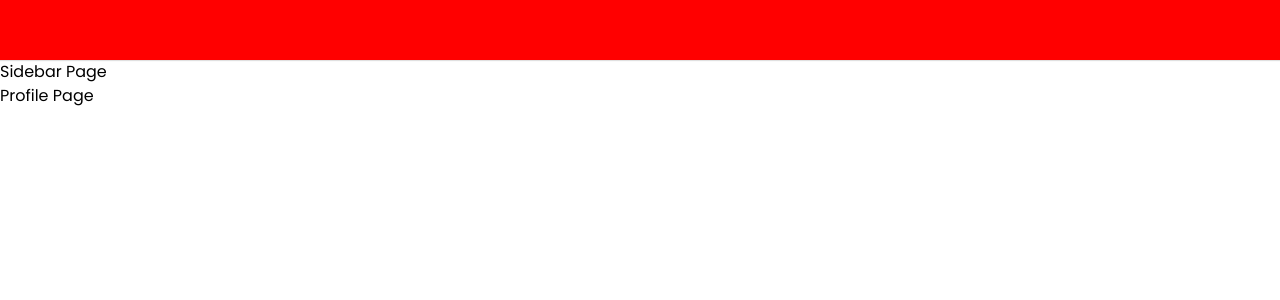
Repository: nvdao03/Tiktok
Page: /profile
The author's editor kept a copy of each file at every save. The page is drawn from the files as they stood at one save, then again after the next save.
The browser window is 1280 px wide. The pictures show the whole page.
The project was rebuilt for these pictures with package versions that can differ from the ones it lists, and the page was loaded fresh each time. Also part of the build but not shown: vite.config.js, src/components/Layout/HeaderOnly/index.jsx, src/pages/Home/index.jsx, src/pages/Following/index.jsx, src/pages/Upload/index.jsx, src/pages/Search/index.jsx.

Above is the page before, as saved 2025-01-01 13:59:49.

After the next save:
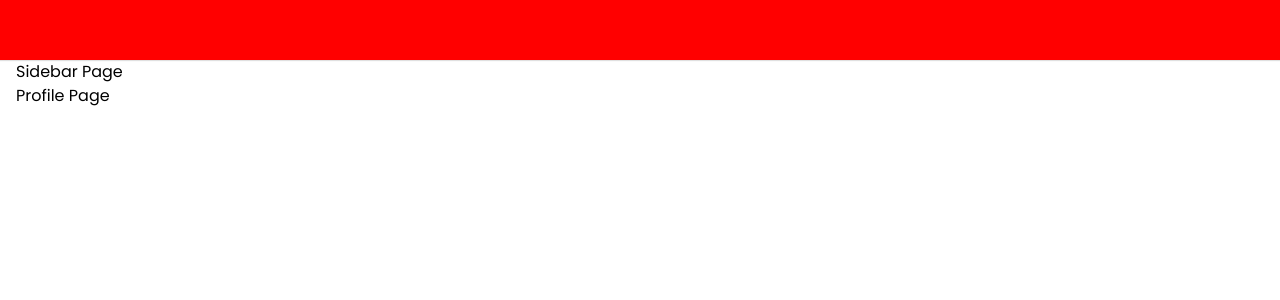
Saved 108 s later.
--- a/src/components/Layout/DefaultLayout/DefaultLayout.module.scss
+++ b/src/components/Layout/DefaultLayout/DefaultLayout.module.scss
@@ -3,3 +3,10 @@
   justify-content: center;
   flex-direction: column;
 }
+
+.container {
+  width: 100%;
+  max-width: 100%;
+  padding-left: 1.6rem;
+  padding-right: 2.4rem;
+}
